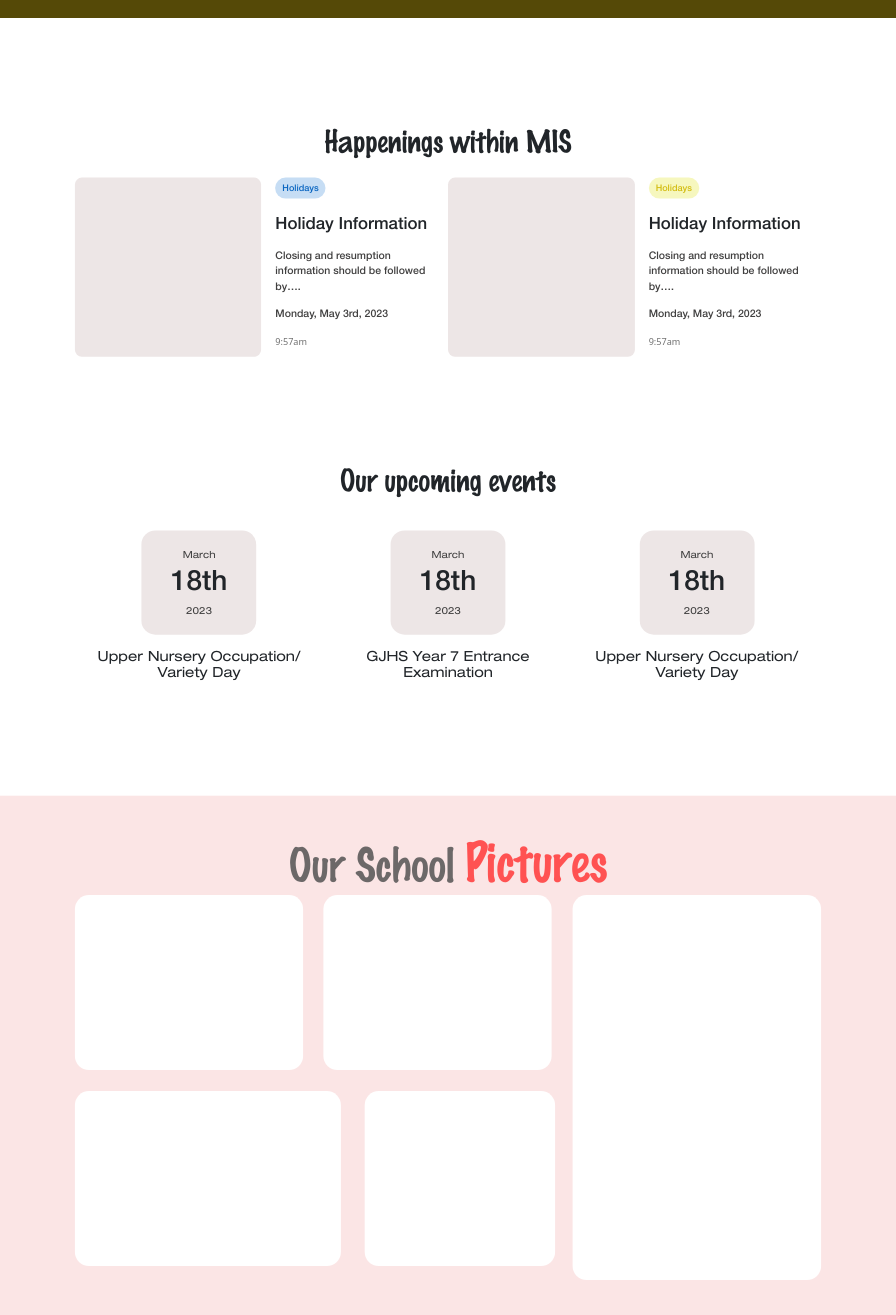
Repository: sarahnnanyelugo/MIGS
Page: /
These files come from the project's save history. The page is drawn as it stood at one moment and after the next save; the edit follows.
The browser window is 1280 px wide. The pictures show the part of the page from y = 4494 to 6414 px (the page is 6373 px tall before and 6414 px after), at 70% of full size.
The project was rebuilt for these pictures with package versions that can differ from the ones it lists, and the page was loaded fresh each time.

Above is the page before, as saved 2023-05-30 17:26:06.

### src/App.scss
@font-face {
  font-family: maker;
  src: url(./assets/fonts/marker-felt/Marker-Felt.ttf);
}
@font-face {
  font-family: helveticaB;
  src: url(./assets/fonts/helvetica/HelveticaNeueBold.ttf);
}
@font-face {
  font-family: helveticaM;
  src: url(./assets/fonts/helvetica/HelveticaNeueMedium.ttf);
}
@font-face {
  font-family: helveticaR;
  // src: url(./assets/fonts/helvetica/HelveticaNeueRegular.ttf);
  src: url(./assets/fonts/helvetica/HelveticaNeue-Extended.otf);
}

h1,
h2,
h3,
h4,
h5,
h6 {
  font-family: maker;
}

### src/pages/Home/Home.js
import React from "react";
import { AppModal } from "../../components/AppModal/AppModal";
import LandingImg from "../../assets/images/table.jpeg";
import Grad from "../../assets/images/grad.png";
import "./home.scss";
import CountUp from "react-countup";
import { Link } from "react-router-dom";
import Events from "./Events";

function Home() {
  return (
    <>
      <div className="col-md-12 landing-img">
        {/* <img
          className="tech-logo"
          src={LandingImg}
          alt="Scholar"
          width="100%"
        />{" "} */}
        <div className="centered col-md-5 offset-md-1">
          <h1>Excellence is our birthright</h1>
        </div>
      </div>
      <center>
        <div className="col-md-12 welcome-div">
          <div className="col-md-7 welcome-header mtt">
            <h1>Welcome to Montessori International Group of Schools</h1>
          </div>
          <div className="col-md-5 mt3 welcome-paragraph">
            <p>
              {" "}
              On behalf of the Management and staff of Montessori International
              School, we welcome you to our website. We are grateful for another
              opportunity to offer you our best and are dedicated to ensuring
              that your child grows up balanced in all endeavours of life and
              not just academically.
            </p>
          </div>
        </div>
      </center>

      <div className="col-md-10 offset-md-1 section-div">
        <center>
          <h1>Our School Sections</h1>
        </center>
        <div className="col-md-12 flexy">
          <div className="col-md-4">
            <div className="col-md-11 sections-container early-years">
              {/* <img
          className="tech-logo"
          src={LandingImg}
          alt="Scholar"
          width="100%"
        />{" "} */}
              <div class="bottom-left col-md-1">
                <h2>Early Years</h2>
              </div>
            </div>
          </div>{" "}
          <div className="col-md-4">
            <div className="col-md-11 sections-container primary">
              {/* <img
          className="tech-logo"
          src={LandingImg}
          alt="Scholar"
          width="100%"
        />{" "} */}
              <div class="bottom-left col-md-1">
                {" "}
                <h2>Primary School</h2>
              </div>
            </div>
          </div>{" "}
          <div className="col-md-4">
            <div className="col-md-11 sections-container special ">
              {/* <img
          className="tech-logo"
          src={LandingImg}
          alt="Scholar"
          width="100%"
        />{" "} */}
              <div class="bottom-left col-md-1">
                {" "}
                <h2>Special Education</h2>
              </div>
            </div>
          </div>
        </div>
      </div>
      <div className="col-md-8 offset-md-3 flexy">
        <div className="col-md-5">
          <div className="col-md-11 sections-container junior ">
            {/* <img
          className="tech-logo"
          src={LandingImg}
          alt="Scholar"
          width="100%"
        />{" "} */}
            <div class="bottom-left col-md-1">
              {" "}
              <h2>Special Education</h2>
            </div>
          </div>
        </div>
        <div className="col-md-5">
          <div className="col-md-11 sections-container senior ">
            {/* <img
          className="tech-logo"
          src={LandingImg}
          alt="Scholar"
          width="100%"
        />{" "} */}
            <div class="bottom-left col-md-1">
              {" "}
              <h2>Special Education</h2>
            </div>
          </div>
        </div>
      </div>
      <div className="col-md-12 birthright-div">
        <center>
          <div className="col-md-6">
            <h1>
              Excellence is our<span>BIRTHRIGHT</span>
            </h1>
            <p>
              On behalf of the Management and staff of Montessori International
              School, we welcome you to our website. We are grateful for another
              opportunity to offer you our best and are dedicated to ensuring
              that your child grows up balanced in all endeavours of life and
              not just academically.
            </p>
          </div>
        </center>
        <div className="col-md-10 offset-md-1 flexy">
          <div className="col-md-8 ">
            <div className="col-md-11 img-div">
              {" "}
              {/* <img
          className="tech-logo"
          src={LandingImg}
          alt="Scholar"
          width="100%"
        />{" "} */}
            </div>
          </div>{" "}
          <div className="col-md-4 ">
            <div className="col-md-11 img-div">
              {" "}
              {/* <img
          className="tech-logo"
          src={LandingImg}
          alt="Scholar"
          width="100%"
        />{" "} */}
            </div>
          </div>
        </div>{" "}
        <div className="col-md-10 offset-md-1 flexy mt2">
          {" "}
          <div className="col-md-4 ">
            <div className="col-md-11 img-div">
              {" "}
              {/* <img
          className="tech-logo"
          src={LandingImg}
          alt="Scholar"
          width="100%"
        />{" "} */}
            </div>
          </div>
          <div className="col-md-8 ">
            <div className="col-md-11 img-div">
              {" "}
              {/* <img
          className="tech-logo"
          src={LandingImg}
          alt="Scholar"
          width="100%"
        />{" "} */}
            </div>
          </div>{" "}
        </div>
      </div>
      <div className="col-md-12 stats-div">
        <center>
          <h1>The journey towards excellence</h1>
        </center>
        <div className="col-md-10 offset-md-1 flexy">
          {" "}
          <div className="col-md-4 mtt stats">
            <center>
              {" "}
              <h1>
                {" "}
                <CountUp
                  start={0}
                  end={2}
                  duration={3}
                  decimal=""
                  prefix=" "
                  suffix=""
                  enableScrollSpy={true}
                />
              </h1>
              <p>Certified Schools</p>
            </center>
          </div>{" "}
          <div className="col-md-4 mt5 stats">
            <center>
              <img className="tech-logo" src={Grad} alt="Scholar" width="20%" />{" "}
              <h1>
                {" "}
                <CountUp
                  start={0}
                  end={95}
                  duration={3}
                  decimal=""
                  prefix=" "
                  suffix="%"
                  enableScrollSpy={true}
                />
              </h1>
              <p>Pass Rate</p>
            </center>
          </div>{" "}
          <div className="col-md-4 mtt stats">
            <center>
              {" "}
              <h1>
                {" "}
                <CountUp
                  start={0}
                  end={3500}
                  duration={3}
                  decimal=""
                  prefix=" "
                  suffix=""
                  enableScrollSpy={true}
                />
              </h1>
              <p>Life Enrollment since Inception</p>
            </center>
          </div>
        </div>
      </div>
      <div className="col-md-10 offset-md-1 news-div mtt">
        <center>
          <h1>Happenings within MIS</h1>
        </center>
        <div className="flexy mt3">
          <div className="col-md-6 flexy">
            <div className="col-md-6 img-div2"></div>
            <div className="col-md-6 news-details">
              <button className="holidays">Holidays</button>
              <h4>Holiday Information</h4>
              <Link className="normal-link" to={"/"}>
                <p>
                  Closing and resumption information should be followed by….
                </p>
              </Link>
              <p>Monday, May 3rd, 2023</p>
              <small>9:57am</small>
            </div>
          </div>
          <div className="col-md-6 flexy mt23">
            <div className="col-md-6 img-div2"></div>
            <div className="col-md-6 news-details">
              <button className="events">Holidays</button>
              <h4>Holiday Information</h4>
              <Link className="normal-link" to={"/"}>
                <p>
                  Closing and resumption information should be followed by….
                </p>
              </Link>
              <p>Monday, May 3rd, 2023</p>
              <small>9:57am</small>
            </div>
          </div>
        </div>
      </div>
      <div className="col-md-10 offset-md-1 mtt upcoming-div">
        <center>
          <h1>Our upcoming events</h1>
        </center>
        <div className="flexy mt5">
          <div className="col-md-4">
            <center>
              <Events year="2023" month="March" day="18th" />
              <p>
                Upper Nursery Occupation/
                <br />
                Variety Day
              </p>
            </center>
          </div>
          <div className="col-md-4">
            <center>
              <Events year="2023" month="March" day="18th" />
              <p>
                GJHS Year 7 Entrance
                <br /> Examination
              </p>
            </center>
          </div>
          <div className="col-md-4">
            <center>
              <Events year="2023" month="March" day="18th" />
              <p>
                Upper Nursery Occupation/
                <br />
                Variety Day
              </p>
            </center>
          </div>
        </div>
      </div>
      <div className="col-md-12  mtt pictures-container">
        <center>
          <h1>
            Our School <span>Pictures</span>
          </h1>
        </center>
        <div className="col-md-10 offset-md-1 flexy">
          <div className="col-md-8 ">
            <div className="col-md-12 flexy">
              <div className="col-md-6">
                <div className="img-div2 col-md-11"></div>
              </div>{" "}
              <div className="col-md-6">
                <div className="img-div2 col-md-11"></div>
              </div>
            </div>
            <div className="col-md-12 flexy mt3">
              <div className="col-md-7">
                <div className="img-div2 col-md-11"></div>
              </div>{" "}
              <div className="col-md-5">
                <div className="img-div2 col-md-11"></div>
              </div>
            </div>
          </div>
          <div className="col-md-4 img-div"></div>
        </div>
      </div>
      <div>
        <AppModal />
      </div>
    </>
  );
}

export default Home;

### src/components/NavBar/NavBar.jsx
import React, { useEffect, useState, useRef } from "react";
import { Link, NavLink } from "react-router-dom";
import "./_navbar.scss";
import { useLocation } from "react-router-dom";
// import Icofont from "react-icofont";
import Logo from "../../assets/images/logo2.png";

function NavBar() {
  return (
    <>
      <div className="nav-container col-md-10 offset-md-1">
        {" "}
        <div className=" col-md-1 tech-logo-div">
          {" "}
          <img className="tech-logo" src={Logo} alt="Scholar" width="60%" />
        </div>
        <ul className="list-inline list-unstyled ">
          <li className="list-inline-item">
            <NavLink className="tech-links cool-link" to={"/"}>
              About
            </NavLink>
          </li>
          <li className="list-inline-item">
            <NavLink className="tech-links cool-link">Admission</NavLink>
          </li>
          <li className="list-inline-item">
            <NavLink className="tech-links cool-link">Academics</NavLink>
          </li>
          <li className="list-inline-item">
            <NavLink className="tech-links cool-link">IEC</NavLink>
          </li>{" "}
          <li className="list-inline-item">
            <NavLink className="tech-links cool-link">E-shop</NavLink>
          </li>
          <li className="list-inline-item">
            <NavLink className="tech-links cool-link">Gallery</NavLink>
          </li>
          <li className="list-inline-item">
            <button className="nav-btn">e-portal</button>
          </li>
          <li>
            <div class="mobile-container "></div>
          </li>
        </ul>
      </div>
    </>
  );
}

export default NavBar;

### src/pages/Home/home.scss
@import "../../variables";
@import "../../shared-styles";
.landing-img {
  position: relative;
  text-align: left;
  color: #fff;
  height: 800px;
  background-color: grey;
  @media screen and (max-width: 620px) {
    text-align: center;
  }
}
.centered {
  position: absolute;
  top: 50%;
  left: 20%;

  transform: translate(-50%, -50%);
  h1 {
    font-size: 114px !important;
    @media screen and (max-width: 620px) {
      font-size: 64px !important;
      margin-left: 120px;
    }
  }
}
.welcome-header {
  color: #707070;

  h1 {
    font-size: 60px;
  }
}
.welcome-paragraph {
  p {
    color: #707070;
    font-family: helveticaM;
  }
}
.welcome-div {
  height: 800px;
  background: url("../../assets/images/curly.png");
  background-size: contain;
  background-repeat: no-repeat;
}
.section-div {
  margin-top: -280px;

  h1 {
    font-size: 60px;
    color: #707070;
  }
}
.sections-container {
  position: relative;
  text-align: center;
  margin-bottom: 50px;
  border-radius: 10px;
  height: 358px;
}
.bottom-left {
  position: absolute;
  bottom: 8px;
  left: 16px;
}
.early-years {
  background: #ff5252;
  color: #fff;
}
.primary {
  background: #f2e15f;
  color: #000;
}
.special {
  background: #838383;
  color: #fff;
}
.junior {
  background: #2ebbef;
  color: #fff;
}
.senior {
  background: #30eaa9;
  color: #000;
}
.birthright-div {
  background: url("../../assets/images/pink-bg.png");
  background-size: cover;
  background-repeat: no-repeat;
  padding: 60px 0;
  margin: 100px 0;
  h1 {
    margin-bottom: 20px;
  }
  span {
    color: $red;
    font-size: 60px;
  }
  color: #707070;
  p {
    font-family: helveticaM;
    margin-bottom: 100px;
  }
  .img-div {
    height: 487px;
    border-radius: 10px;
    background: #fff;
  }
}
.stats-div {
  background: #554907;
  padding: 50px 0;
  h1 {
    color: #fff;
    font-size: 60px;
    // margin-bottom: 40px;
  }
  .stats {
    h1 {
      color: #fff;
      font-size: 70px;
      font-family: helveticaB;
    }
    p {
      color: #fff;
      font-family: helveticaM;
    }
  }
}
.news-div {
  margin-bottom: 50px;
  .img-div2 {
    background: #ede6e6;
    border-radius: 10px;
    height: 256px;
  }
  .news-details {
    padding: 0 0 0 20px;
    h4 {
      font-family: helveticaM;
      margin: 20px 0;
    }
    button {
      border: none;
      width: 72px;
      height: 30px;
      font-size: 13px;
      font-family: helveticaM;
      border-radius: 35px;
    }
    p {
      font-family: helveticaM;
      color: #414040;
      font-size: 15px;
    }
    small {
      font-size: 13px;
      color: #707070;
    }
    .holidays {
      background: #c6ddf4;
      color: #0b66c1;
    }
    .events {
      background: #f6f7be;
      color: #d3bd13;
    }
  }
}
.events-container {
  height: 149px;
  background: #ede6e6;
  width: 164px;
  border-radius: 20px;
  padding-top: 22px;
  h1 {
    font-family: helveticaM;
  }
  small {
    font-family: helveticaR;
    color: #414040;
  }
}
.upcoming-div {
  p {
    font-family: helveticaR;
    font-size: 20px;
    margin-top: 20px;
    line-height: 22px;
  }
}
.pictures-container {
  background: #fbe5e5;
  padding: 50px 0;
  h1 {
    font-size: 60px;
    color: #6c6868;
  }
  span {
    font-size: 70px;
    color: $red;
  }
  .img-div2 {
    background: #fff;
    border-radius: 20px;
    height: 250px;
  }
  .img-div {
    background: #fff;
    border-radius: 20px;
    height: 550px;
  }
}

### src/components/NavBar/_navbar.scss
@import "../../variables";
@import "../../shared-styles";

.nav-container {
  display: flex;
  padding-top: 20px;
  position: relative;
  z-index: 2 !important;
  padding-bottom: 0;
  height: 90px;
  background-color: #fff !important;
  ul li {
    margin-top: 0px !important;
  }
  .nav-btn {
    @include app-btn;
    padding: 8px 40px;
    // margin-top: 0 !important;
    border: none;
    @media screen and (max-width: 620px) {
      display: none;
    }
  }
  .tech-logo-div {
    flex-grow: 1 !important;
    margin-top: -10px;
  }
  .tech-links {
    color: #000;
    text-decoration: none;
    font-family: helveticaM;
    margin: 0px 28px !important;
    &:hover {
      color: $red;
    }
    @media screen and (max-width: 620px) {
      display: none;
    }
  }
}

### src/_variables.scss
$yellow: rgb(255, 210, 16);
$red: #ff5252;
$skyblue: rgb(83, 180, 242);
$lightblue: rgb(12, 99, 177);
$lightblue2: rgb(12, 88, 160);
$lighterblue: rgb(211, 236, 252);
$deepblue2: rgb(0, 79, 157);
$mainblue: rgb(1, 71, 141);

@mixin app-btn {
  color: #fff;
  border-radius: 35px;
  padding: 8px 130px;
  font-size: 14px;
  background: $red;
  @media screen and (max-width: 620px) {
    padding: 8px 100px;
  }
  font-family: helveticaM;
  &:hover {
    background: #c90e0e;
    transition: 0.5s ease;
  }
}

### src/_shared-styles.scss
@import "./variables";

@media screen and (max-width: 620px) {
  .flexyM {
    display: flex !important;
  }
  .side-menu {
    display: none !important;
  }
  .page-body {
    padding: 20px;
  }

  .dn {
    display: none;
  }
  .holder img {
    height: 200px;
    margin-top: 40px !important;
  }
  .overlay {
    bottom: -30px !important;
  }
  .m-margin {
    margin-top: 0 !important;
    margin-bottom: 0 !important;
  }
  .navigations {
    display: none;
  }
  .breadcrum {
    margin-top: 350px !important;
  }
}
@media screen and (min-width: 620px) {
  .flexy {
    display: flex;
  }
  .spread {
    display: flex;
  }
  // {
  //   display:none;
  // }
}

/* Container needed to position the overlay. Adjust the width as needed */
.holder {
  position: relative;
  width: 100%;
}

.side-nav2 {
  @media screen and (max-width: 620px) {
    padding: 0 10px 0;
  }
}
.br {
  border-radius: 10px;
}
.mt1 {
  margin-top: 10px;
}
.mt2 {
  margin-top: 20px;
}
.mt3 {
  margin-top: 30px;
}
.mt4 {
  margin-top: 40px;
}
.mt5 {
  margin-top: 50px;
}
.mt6 {
  margin-top: 60px;
}
.mt7 {
  margin-top: 70px;
}
.mt8 {
  margin-top: 80px;
}
.mt9 {
  margin-top: 90px;
}
.mt {
  margin-top: 120px;
}
.mtt {
  margin-top: 150px;
}
.mr1 {
  margin-right: 10px;
}
.mr2 {
  margin-right: 20px;
}
.mr3 {
  margin-right: 30px;
}
.mr4 {
  margin-right: 40px;
}
.mr5 {
  margin-right: 50px;
}
.mr6 {
  margin-right: 60px;
}
.mr7 {
  margin-right: 70px;
}
.mb1 {
  margin-bottom: 10px;
}
.mb2 {
  margin-bottom: 20px;
}
.mb3 {
  margin-bottom: 30px;
}
.mb4 {
  margin-bottom: 40px;
}
.mb5 {
  margin-bottom: 50px;
}
.mb6 {
  margin-bottom: 60px;
}
.ml2 {
  margin-left: 20px;
}
.ml3 {
  margin-left: 30px;
}
.ml4 {
  margin-left: 40px;
}
.ml5 {
  margin-left: 50px;
}
.ml6 {
  margin-left: 60px;
}

.app-btn {
  @include app-btn;
  width: 100% !important;
}
.tac {
  text-align: center;
}
.normal-link {
  font-family: helveticaM;
  color: black !important;
  text-decoration: none;
}

Loaded but not shown: public/index.html (common file); src/index.css (common file); src/reportWebVitals.js (common file); src/components/scrollToTop.js (common file); src/components/AppModal/AppModal.js (60 lines, source omitted); src/App.js (24 lines, source omitted); src/index.js (18 lines, source omitted); src/pages/Home/Events.js (15 lines, source omitted); src/components/AppModal/_app-modal.scss (464 lines, source omitted)

After the next save:
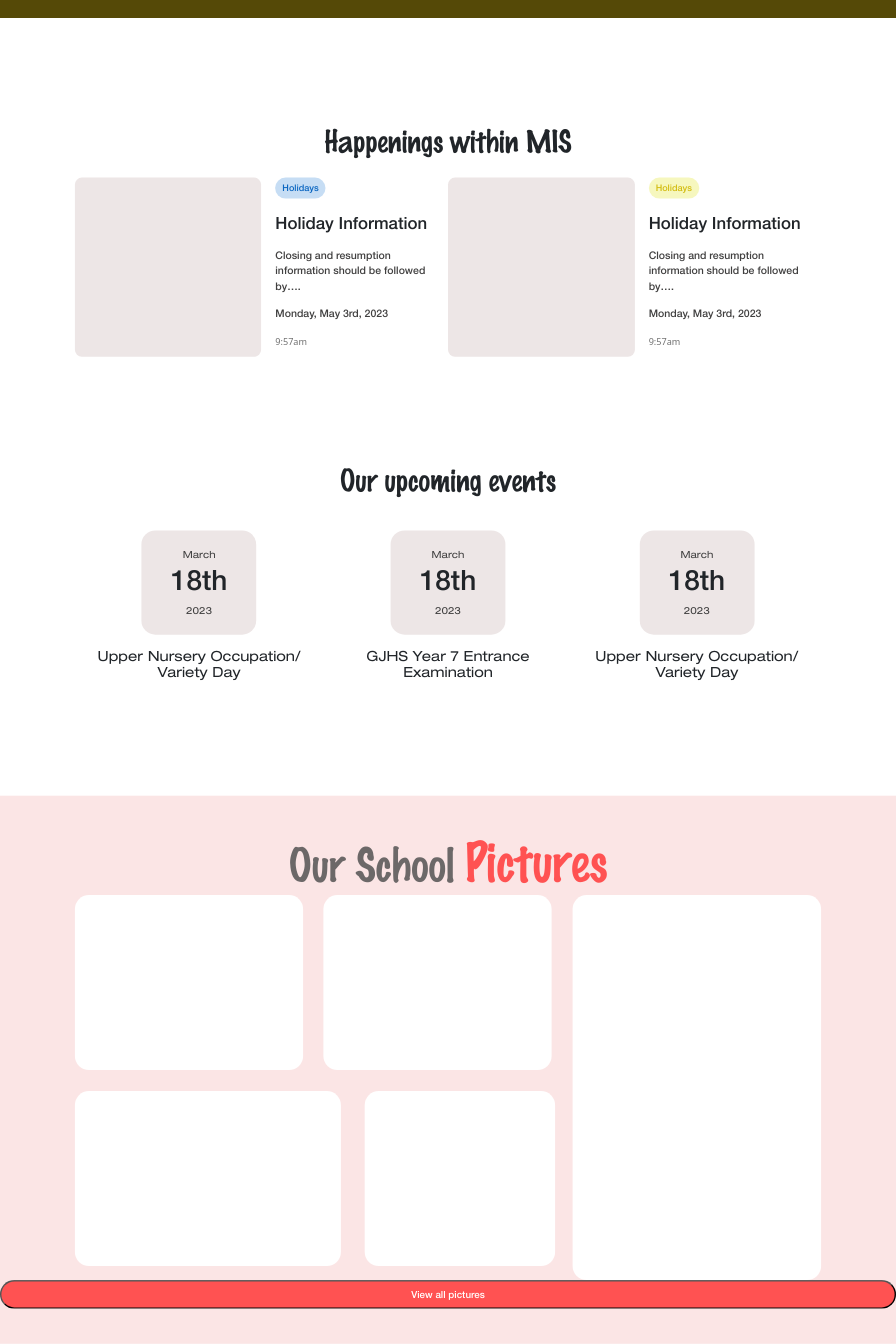
Saved 95 s later.
--- a/src/pages/Home/Home.js
+++ b/src/pages/Home/Home.js
@@ -342,6 +342,10 @@ function Home() {
           </div>
           <div className="col-md-4 img-div"></div>
         </div>
+
+        <center>
+          <button className="app-btn">View all pictures</button>
+        </center>
       </div>
       <div>
         <AppModal />
